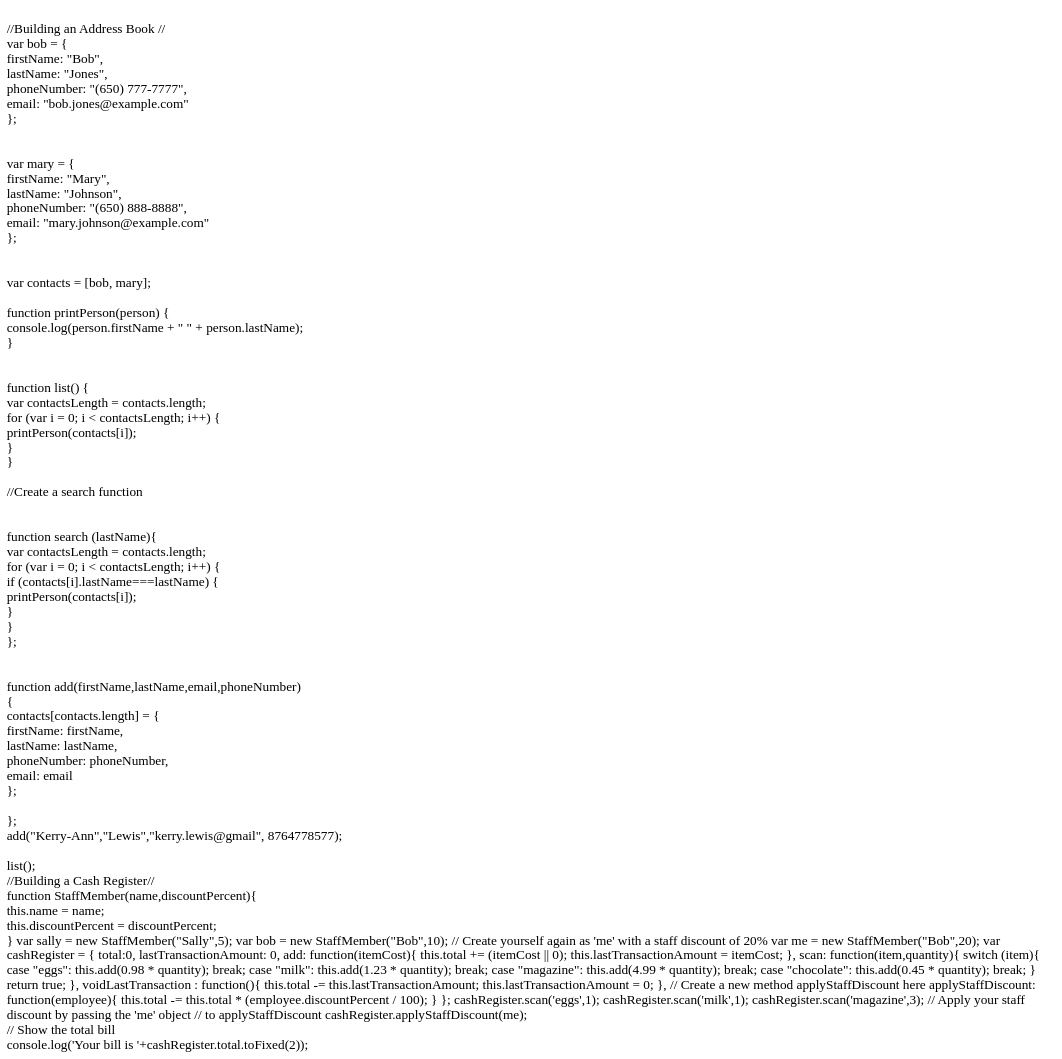
Repository: kernicole/info2180project1
Page: script.html
The author's editor kept a record of every edit. The page is drawn from the files as they stood at one moment, then again after the next edit.
The browser window is 1280 px wide. The pictures show the whole page, at 83% of full size.

Above is the page before.

### script.html
<html>
<title> Script Source Code </title>
<body>
<br/>//Building an Address Book //
<br/>var bob = {
<br/>    firstName: "Bob",
<br/>    lastName: "Jones",
<br/>    phoneNumber: "(650) 777-7777",
<br/>    email: "bob.jones@example.com"
<br/>};
<br/>
<br/>
<br/>var mary = {
<br/>    firstName: "Mary",
<br/>    lastName: "Johnson",
<br/>    phoneNumber: "(650) 888-8888",
<br/>    email: "mary.johnson@example.com"
<br/>};
<br/>
<br/>
<br/>var contacts = [bob, mary];
<br/>
<br/>function printPerson(person) {
<br/>    console.log(person.firstName + " " + person.lastName);
<br/>}
<br/>
<br/>
<br/>function list() {
<br/>	var contactsLength = contacts.length;
<br/>	for (var i = 0; i < contactsLength; i++) {
<br/>		printPerson(contacts[i]);
<br/>	}
<br/>}
<br/>
<br/>//Create a search function
<br/>
<br/>
<br/>function search (lastName){
<br/>   var contactsLength = contacts.length;
<br/>	for (var i = 0; i < contactsLength; i++) {
<br/>	    if (contacts[i].lastName===lastName) {
<br/>	        printPerson(contacts[i]);
<br/>	    }
<br/>	}
<br/>};



<br/>
<br/>

<br/>function add(firstName,lastName,email,phoneNumber)
<br/>{
<br/>    contacts[contacts.length] = {
<br/>    firstName: firstName,
<br/>    lastName: lastName,
<br/>    phoneNumber: phoneNumber,
<br/>    email: email
<br/>};

<br/>


<br/>};


<br/>add("Kerry-Ann","Lewis","kerry.lewis@gmail", 8764778577);
<br/>
<br/>list();






<br/>//Building a Cash Register//



<br/>function StaffMember(name,discountPercent){
<br/>    this.name = name;
 <br/>   this.discountPercent = discountPercent;
<br/>}

var sally = new StaffMember("Sally",5);
var bob = new StaffMember("Bob",10);

// Create yourself again as 'me' with a staff discount of 20%
var me = new StaffMember("Bob",20);

var cashRegister = {
    total:0,
    lastTransactionAmount: 0,
    add: function(itemCost){
        this.total += (itemCost || 0);
        this.lastTransactionAmount = itemCost;
    },
    scan: function(item,quantity){
        switch (item){
        case "eggs": this.add(0.98 * quantity); break;
        case "milk": this.add(1.23 * quantity); break;
        case "magazine": this.add(4.99 * quantity); break;
        case "chocolate": this.add(0.45 * quantity); break;
        }
        return true;
    },
    voidLastTransaction : function(){
        this.total -= this.lastTransactionAmount;
        this.lastTransactionAmount = 0;
    },
    // Create a new method applyStaffDiscount here
    applyStaffDiscount: function(employee){
        this.total -= this.total * (employee.discountPercent / 100);
    }

};

cashRegister.scan('eggs',1);
cashRegister.scan('milk',1);
cashRegister.scan('magazine',3);
// Apply your staff discount by passing the 'me' object
// to applyStaffDiscount
cashRegister.applyStaffDiscount(me);

<br/>// Show the total bill
<br/>console.log('Your bill is '+cashRegister.total.toFixed(2));
</body>
</html>

After the next edit:
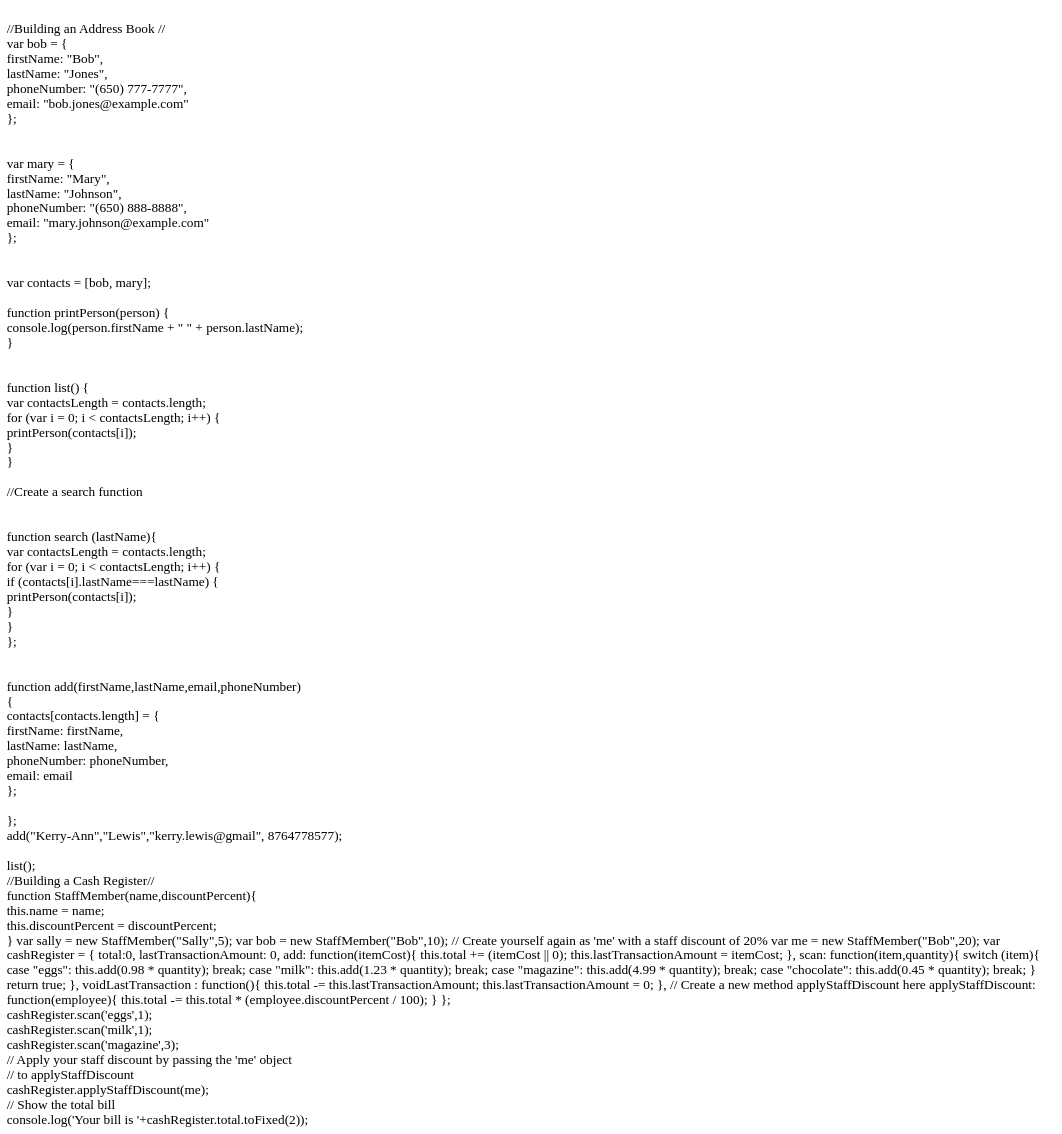
The edit:
--- a/script.html
+++ b/script.html
@@ -115,12 +115,12 @@
 
 };
 
-cashRegister.scan('eggs',1);
-cashRegister.scan('milk',1);
-cashRegister.scan('magazine',3);
-// Apply your staff discount by passing the 'me' object
-// to applyStaffDiscount
-cashRegister.applyStaffDiscount(me);
+<br/>cashRegister.scan('eggs',1);
+<br/>cashRegister.scan('milk',1);
+<br/>cashRegister.scan('magazine',3);
+<br/>// Apply your staff discount by passing the 'me' object
+<br/>// to applyStaffDiscount
+<br/>cashRegister.applyStaffDiscount(me);
 
 <br/>// Show the total bill
 <br/>console.log('Your bill is '+cashRegister.total.toFixed(2));
